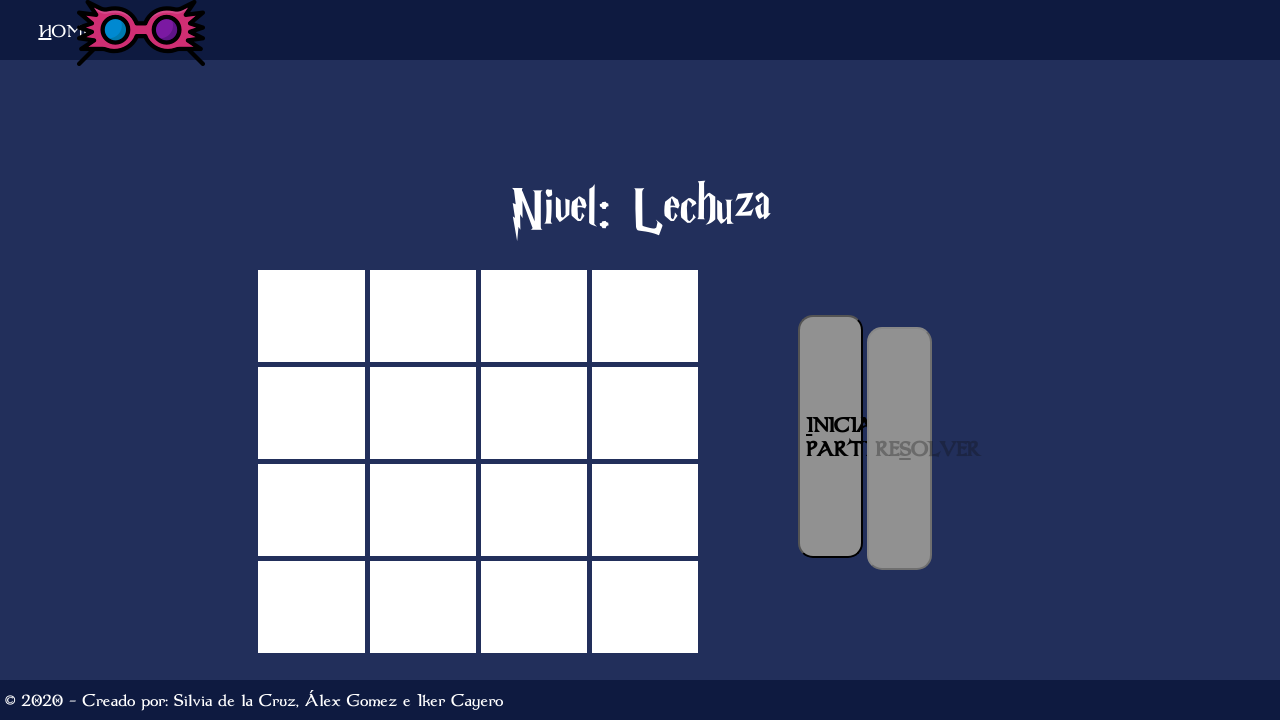
Repository: alexgomezdev/RavenclawSimon
Page: http://localhost/start.php?do=tryagain
The author's editor kept a copy of each file at every save. The page is drawn from the files as they stood at one save, then again after the next save.
The browser window is 1280 px wide. The pictures show the whole page.
The page is run by PHP 8.4 with error messages shown; the project is at /var/www/html/.

Above is the page before, as saved 2020-11-06 17:25:57.

### start.php
<!DOCTYPE html>
<?php
session_start();
?>
<html lang="en">

<head>
       <meta charset="UTF-8">
    <meta name="viewport" content="width=device-width, initial-scale=1.0">
    <title>Ravenclaw Simon</title>
    <link rel="stylesheet" href="templates/lib.css">
    <link rel="stylesheet" href="templates/start.css">
    <link rel="stylesheet" href="templates/general.css">
    <audio id="start" src="templates/assets/audio/start.wav"></audio>
    <audio id="select" src="templates/assets/audio/select.mp3"></audio>
    <audio id="solve" src="templates/assets/audio/solve.mp3"></audio>
</head>

<body>
    <header>
        <div id="home_link_div">
            <a href="index.php" id="home_link" accesskey="h"><underline class="accesskey">H</underline>OME</a>
        </div>
        <div id="colorblind_button_div">
            <img src="templates/assets/icono_daltonico.png" alt="Modo daltónico" id="colorblind_icon">
        </div>
    </header>
    <div id="show_name">
        <?php
        if (isset($_POST['username'])) {
            $username = $_POST['username'];
            if (isset($_SESSION['user']) && $_SESSION['user'] != $_POST['username']) {
                session_unset();
            }
            if (isset($_SESSION['user'])) {
                echo 'Jugador: ' . $_SESSION['user'];
            } else {
                $_SESSION['user'] = $username;

                echo 'Jugador: ' . $_SESSION['user'];
            }
        } else {
            if (isset($_SESSION['user'])) {
                echo 'Jugador: ' . $_SESSION['user'];
            }
        }
        if (isset($_SESSION['lvl'])) {
            if ( isset($_GET["do"]) && $_GET["do"] == "next") {
                $_SESSION['rankPoints'] = $_SESSION['rankPoints'] + 1000;
                $_SESSION['lvl'] = $_SESSION['lvl'] + 1;
            } else if (isset($_GET["do"]) && $_GET["do"] == "tryagain") {
                $_SESSION['rankPoints'] = $_SESSION['rankPoints'] - 50;
            }
        } else {
            $_SESSION['lvl'] = 0;
        }
        if (!isset($_SESSION['rankPoints'])) {
            $_SESSION['rankPoints'] = 1000;
        }
        $archivo = file('templates/config.txt');
        $nivel = explode(";", $archivo[$_SESSION['lvl']]);
        $filas = explode("x", $nivel[1]);
        $randArray = [];
        $randNum = [];
        $segons = $nivel[3] * 1000;
        echo "</br>Nivel: " . $nivel[0];
        ?>
        <script type="text/javascript">
            var segons = <?php echo $segons; ?>

        </script>
         <div class="counter">
            <span id="countdown"></span>
        </div>
    </div>
    <script src="js/playing.js"></script>
    <div class=" maxwd just-cont-center ds-flex">
        <div class="table">
            <?php

            for ($m = 1; $m <= $nivel[2]; $m++) {
                $randNum = rand(0, ($filas[0] * $filas[1]) - 1);
                if (in_array($randNum, $randArray)) {
                    $m = $m - 1;
                } else {
                    array_push($randArray, $randNum);
                }
            }
            //echo "<PRE>" . print_r($_SESSION['lvl'], true) . "</PRE>";
            //0. NOM, 1. MATRIU, 2. PINTAR 3. SEGS, 4.CODI

            $cont = 0;
            //echo "<PRE>" . var_export($nivel, true) . "</PRE>";

            echo " <table class='tg'><tbody>";
            for ($i = 1; $i <= $filas[0]; $i++) {
                echo "<tr>";
                for ($x = 1; $x <= $filas[1]; $x++) {
                    if (in_array($cont, $randArray)) {
                        echo "<td class='tg plus'  id='. $cont . ' ' '></td>";
                        $cont = $cont + 1;
                    } else {
                        echo "<td class='tg' id='. $cont . ' '></td>";
                        $cont = $cont + 1;
                    }
                }
                echo "</tr>";
            }
            echo " </tbody> </table>";
            //echo "<PRE>" . print_r($filas, true) . "</PRE>";
            ?>
        </div>
               <div class=" ds-flex just-space-around">
            <div id="button_div">
                <button class="button_play" onclick="showNices(); updateClock(); start()" accesskey="i">
                    <h3><underline class="accesskey">I</underline>NICIAR PARTIDA</h3>
                </button>
                <button class="button_play" id="solve_button" onclick="winorlose()" accesskey="s" disabled>
                    <h3>RE<underline class="accesskey" onclick="solve()">S</underline>OLVER</h3>
                </button>
            </div>
        </div>
    </div>
    <footer>
        <div id="footer_content">
            &#0169 2020 - Creado por: Silvia de la Cruz, Álex Gomez e Iker Cayero
        </div>
    </footer>
    <script type="text/javascript" src="main.js"></script>
</body>

</html>

### templates/config.txt
Lechuza;4x4;5;3;AA11
Duendecillo;4x4;7;3;AZ21
Centauro;4x4;8;2.5;BA3G
Trol;4x4;10;2.5;S7R
Hipogrifo;5x5;7;3.5;R67T
Gigante;5x5;10;3;78K5
Dementor;5x5;13;3;OPH0
Cancerbero;5x5;14;2.5;I796
Dragón;5x5;15;2.5;9UGG
Basilisco;6x6;16;3;6GPD

### templates/lib.css
.maxwd {
  width: 100%;
}

.ds-flex {
  display: flex;
}
.just-cont-center {
  justify-content: center;
}
.just-space-around {
  justify-content: space-around;
}

### templates/start.css
.tg {
  border-collapse: collapse;
  border-width: 5px;
  width: 450px;
  height: 90px;
  background-color: white;
  border-style: solid;
  border-color: #222f5b;
}

#show_name {
  color: #ffffff;
  font-family: "Harry_Potter";
  font-size: 60px;
  width: 100%;
  text-align: center;
  margin-top: 120px;
  margin-bottom: 20px;
}

table {
  width: 100%;
  margin: 0 auto;
}

.nice {
  background-color: #946b2d;
}

#button_div {
  display: inline-block;
  margin-top: 50px;
  margin-bottom: 100px;
  text-align: center;
  width: 100%;
}

.button_play {
  border-radius: 15px;
  background-color: #919191;
  font-family: "Dumbledore";
  font-size: 20px;
  width: 20%;
  height: 100%;
}

.button_play:hover {
  color: #5d5d5d;
  background-color: #ffffff;
}

.choosed {
  background-color: aqua;
}

.counter {
  text-align: center;
  margin-top: 2%;
  font-size: 50px;
  font-family: "Dumbledore";
  color: white;
}

### templates/general.css
@font-face {
  font-family: "Harry_Potter";
  src: url("../templates/typography/HARRYP.TTF") format("truetype");
}

@font-face {
  font-family: "Dumbledore";
  src: url("../templates/typography/dumbledor.1.ttf") format("truetype");
}

html {
  min-height: 100%;
  position: relative;
}

body {
  font-family: "Dumbledore";
  background-color: #222f5b;
}

header {
  background-color: #0e1a40;
  top: 0;
  left: 0;
  position: fixed;
  width: 100%;
  height: 60px;
  display: inline-flex;
}

#home_link_div {
  margin-left: 3%;
  padding-top: 9px;
  text-align: center;
  width: 3%;
  height: 100%;
  margin-right: none;
}

#home_link {
  display: flex;
  justify-content: center;
  align-items: center;
  color: #ffffff;
  font-size: 20px;
  text-decoration: none;
  width: min-content;
  height: 60%;
  margin-top: 10%;
  margin-bottom: 10%;
}

#title {
  color: #ffffff;
  font-family: "Harry_Potter";
  font-size: 60px;
  width: 100%;
  text-align: center;
  margin-top: 120px;
}

underline {
  text-decoration: underline;
}
main {
  width: 100%;
}

footer {
  color: #ffffff;
  background-color: #0e1a40;
  bottom: 0;
  left: 0;
  position: absolute;
  width: 100%;
  height: 30px;
  display: flex;
  padding-top: 10px;
  clear: both;
}

#footer_content {
  margin-left: 5px;
  color: #ffffff;
  font-size: 20px;
  vertical-align: center;
  height: 60%;
}

### js/playing.js
var tdscorrects = document.getElementsByClassName('plus');
function hideNices (){
    for (const key of tdscorrects) {
        key.classList.remove('nice');
    }
    document.getElementById("solve_button").removeAttribute('disabled');
    var clickable = document.getElementsByClassName('tg');
    var clickable = document.getElementsByClassName('tg');
    for (const x of clickable) {
        x.setAttribute('onclick', 'choose(this.id)');
    }
    startTime =new Date();
};
function showNices(){
    for (const x of tdscorrects) {
            x.classList.add('nice');
        }
    setTimeout(hideNices,4000)

    };

function choose(id) {
    var elem = document.getElementById(id);
    if (elem.classList.contains('nice')){
        elem.classList.remove('nice');
    }else{
        elem.classList.add('nice');
    }
    document.getElementById('select').play();
};

function winorlose() {
    endTime = new Date();
    var intervalTime = endTime - startTime ;
    intervalTime = intervalTime/100;
    timeToReturn = Math.round(intervalTime);
    var playResut = document.getElementsByClassName('plus nice');
    var contNice = document.getElementsByClassName('nice')
    if ((contNice.length == tdscorrects.length) && ((playResut.length == tdscorrects.length)) ){
        window.open("success.php?tiempo="+timeToReturn, "_self");
    }else{
        window.open("gameOver.php", "_self");
    }
    // alert(playResut.length);
};

function start() {
    document.getElementById('start').play();
};

function solve() {
    document.getElementById('solve').play();
};

var totalTime = segons / 1000 + 1;
function updateClock() {
document.getElementById('countdown').innerHTML = totalTime;
if(totalTime==0){

}else{
totalTime-=1;
setTimeout("updateClock()",1000);
}
}

### main.js
function cambia_color() {
    celda= document.getElementById("celda"+document.fcolor.celda.value)
    celda.style.backgroundColor=document.fcolor.micolor.value
}

After the next save:
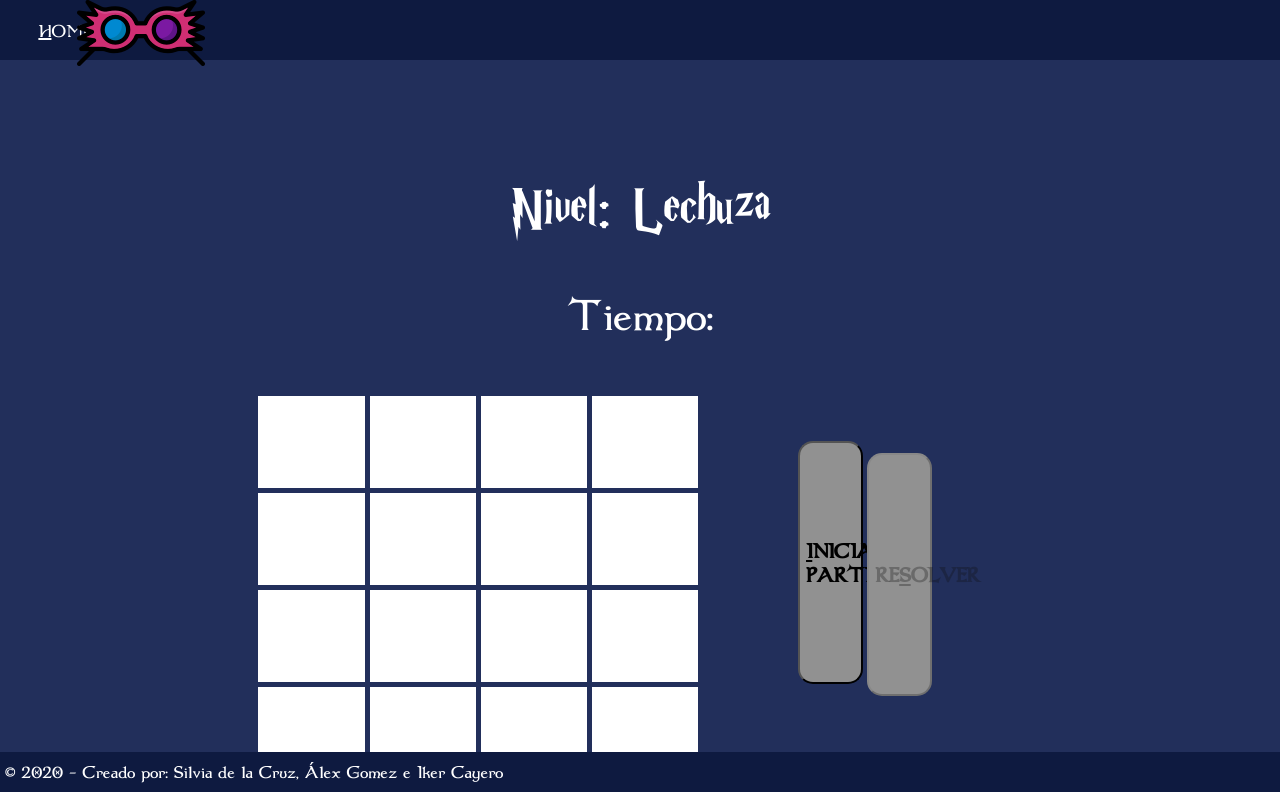
Saved 3 min 4 s later.
--- a/start.php
+++ b/start.php
@@ -70,7 +70,7 @@
 
         </script>
          <div class="counter">
-            <span id="countdown"></span>
+            <p>Tiempo: <span id="countdown"></span></p>
         </div>
     </div>
     <script src="js/playing.js"></script>
